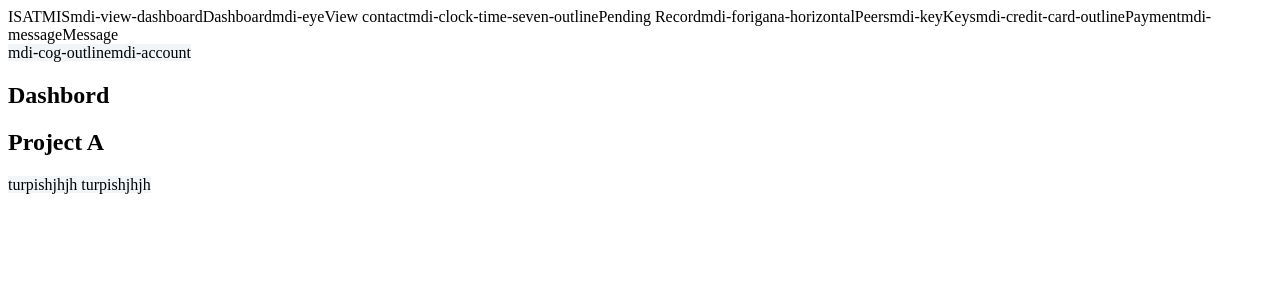
Repository: umarrg/isatmis
Page: /home
An editor plug-in stored every save of this project. The page is shown before and after a run of saves, followed by the edit.
The browser window is 1280 px wide. The pictures show the whole page.
The project was rebuilt for these pictures with package versions that can differ from the ones it lists, and the page was loaded fresh each time. Also part of the build but not shown: vue.config.js. Imported but missing from the stored project, and not drawn on this page: src/plugins/vuetify.

Above is the page before, as saved 2021-01-26 00:28:03.

After the next 3 saves:
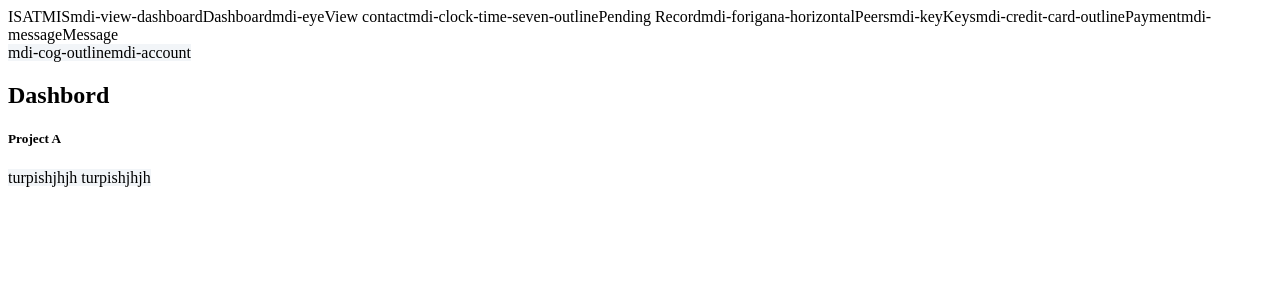
The 3 saves are shown as one change because they came seconds apart.
The last was saved 9 s later.
--- a/src/views/Home.vue
+++ b/src/views/Home.vue
@@ -38,7 +38,7 @@
       <v-row >
         <v-col cols="12" md="4" sm="6">
           <v-alert border="bottom" colored-border color="blue" elevation="2">
-            <h2>Project A</h2>
+            <h5>Project A</h5>
           </v-alert>
         </v-col>
         <v-col cols="12" md="4" sm="6">
